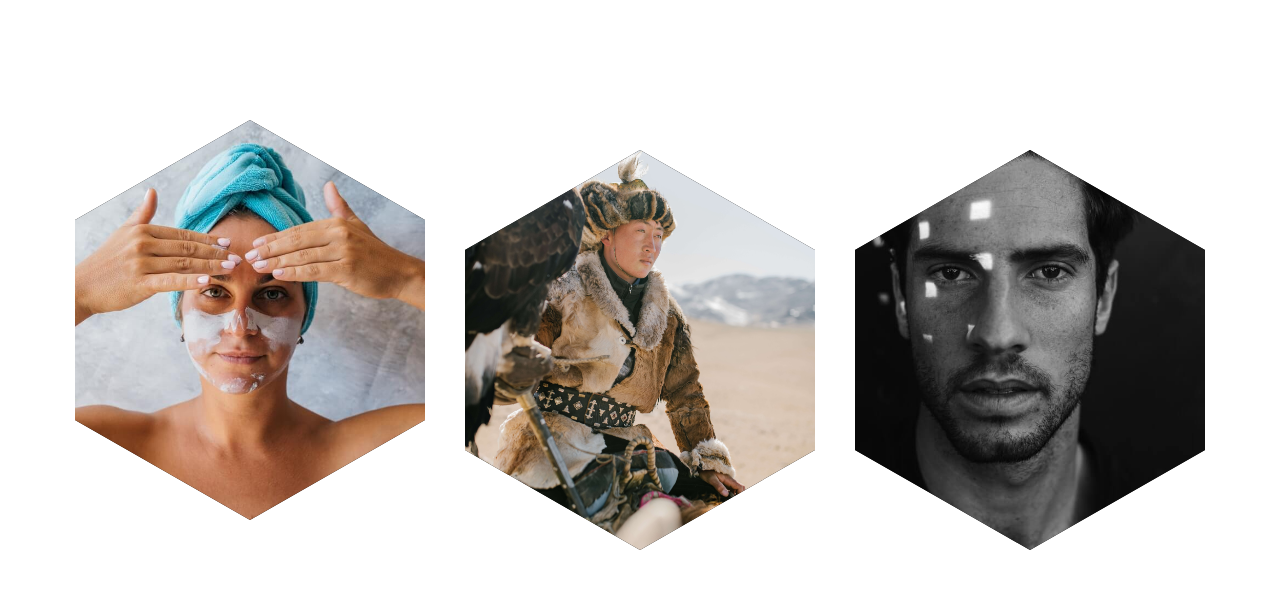
Repository: honghyunAhn/DailyFront
Page: Day210211_CSS_Hexagon_Div_Hover_Effects/index.html
These files come from the project's save history. The page is drawn as it stood at one moment and after the next save; the edit follows.
The browser window is 1280 px wide. The pictures show the whole page.
The pointer rests on the first visible `.container .hexagon`.

Above is the page before, as saved 2021-02-12 23:03:39.

After the next save:
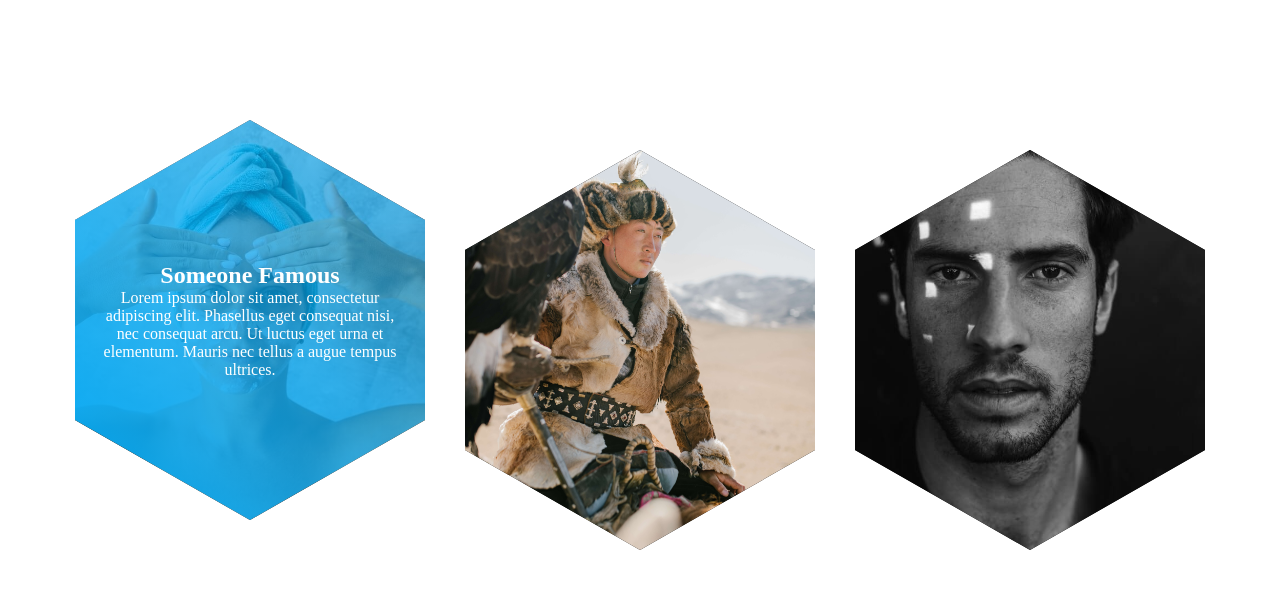
Saved 29 s later.
--- a/Day210211_CSS_Hexagon_Div_Hover_Effects/style.css
+++ b/Day210211_CSS_Hexagon_Div_Hover_Effects/style.css
@@ -75,3 +75,6 @@ body {
   opacity: 0;
   transition: 0.5s;
 }
+.container .hexagon:hover .shape .content {
+  opacity: 1;
+}
